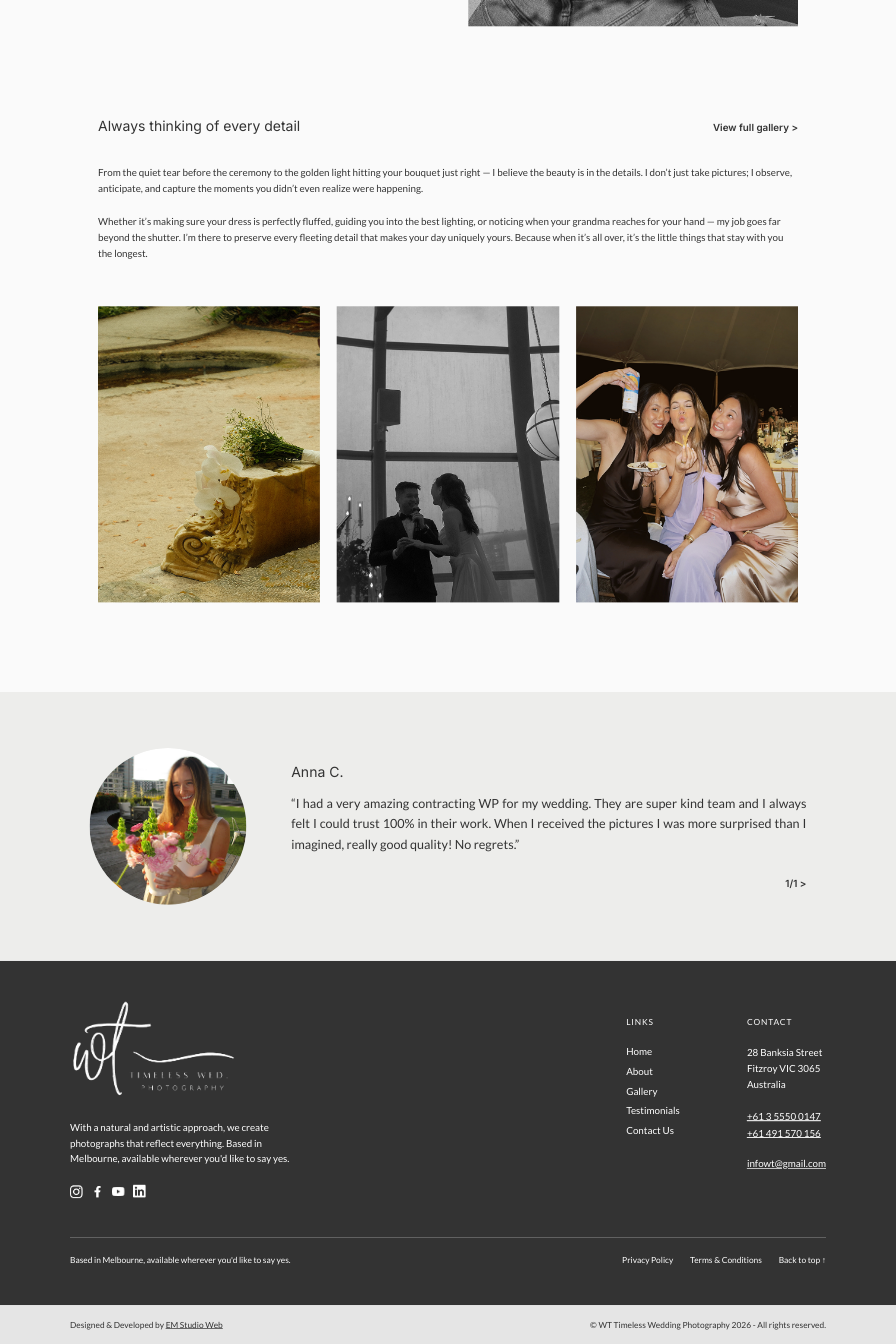
Repository: eduarda-magnago/wt-photography
Page: /
These files come from the project's save history. The page is drawn as it stood at one moment and after the next save; the edit follows.
The browser window is 1280 px wide. The pictures show the part of the page from y = 1922 to 3842 px (the page is 3842 px tall), at 70% of full size.
Some web fonts or font styles are not loaded; a fallback is used. The project was rebuilt for these pictures with package versions that can differ from the ones it lists, and the page was loaded fresh each time. The framework's server and built-in components were replaced by stand-ins that run in the browser. Also part of the build but not shown: next.config.ts.

Above is the page before, as saved 2026-10-15 13:07:53.

### app/layout.tsx
import type { Metadata } from "next";
import { Inter, Lato, Cormorant_SC } from "next/font/google";
import Header from "@/components/layout/header";
import Footer from "@/components/layout/footer";
import "./globals.css";

const inter = Inter({
  subsets: ["latin"],
  variable: "--font-inter",
});

const lato = Lato({
  subsets: ["latin"],
  weight: ["300", "400", "700"],
  variable: "--font-lato",
});

const cormorant = Cormorant_SC({
  subsets: ["latin"],
  weight: ["300", "400", "500"],
  variable: "--font-cormorant",
});

export const metadata: Metadata = {
  title: "WT Timeless Photography",
  description: "Timeless wedding photography",
};

export default function RootLayout({
  children,
}: {
  children: React.ReactNode;
}) {
  return (
    <html
      lang="en"
      className={`${inter.variable} ${lato.variable} ${cormorant.variable}`}
    >
      <body className="font-sans antialiased">
        <Header />
        <main>{children}</main>
        <Footer />
      </body>
    </html>
  );
}

### app/page.tsx
import Hero from "@/components/hero";
import Intro from "@/components/home/intro";
import About from "@/components/home/about";
import Details from "@/components/home/details";
import Testimonials from "@/components/home/testimonials";
import Reveal from "@/components/reveal";

export default function Home() {
  return (
    <>
      <Hero
        eyebrow="Timeless Wedding Photography"
        title="Capturing the essence of your treasured moments"
        image="/img/hero-bg.jpg"
      />
      <Reveal>
        <Intro />
      </Reveal>
      <Reveal>
        <About />
      </Reveal>
      <Reveal>
        <Details />
      </Reveal>
      <Reveal>
      <Testimonials />
      </Reveal>
    </>
  );
}

### components/layout/header.tsx
"use client";

import { useState } from "react";
import Image from "next/image";
import Link from "next/link";

const navLinks = [
  { label: "Home", href: "/" },
  { label: "About me", href: "/#about" },
  { label: "Gallery", href: "/#gallery" },
  { label: "Testimonials", href: "/#testimonials" },
  { label: "Contact Us", href: "/contact#contact-form" },
];

export default function Header() {
  const [open, setOpen] = useState(false);

  return (
    <header className="absolute inset-x-0 top-0 z-30">
      <div className="flex items-start justify-between px-6 py-8 md:px-14">
        <ul className="flex items-center gap-3">
          <li>
            <a
              href="#"
              aria-label="Instagram"
              className="relative block h-[19px] w-[18px] transition-opacity hover:opacity-70"
            >
              <Image
                src="/img/instagram.png"
                alt=""
                fill
                sizes="18px"
                className="object-contain"
              />
            </a>
          </li>
          <li>
            <a
              href="#"
              aria-label="Facebook"
              className="relative block h-[18px] w-[18px] transition-opacity hover:opacity-70"
            >
              <Image
                src="/img/facebook.png"
                alt=""
                fill
                sizes="18px"
                className="object-contain"
              />
            </a>
          </li>
          <li>
            <a
              href="#"
              aria-label="YouTube"
              className="relative block h-[18px] w-[18px] transition-opacity hover:opacity-70"
            >
              <Image
                src="/img/youtube.png"
                alt=""
                fill
                sizes="18px"
                className="object-contain"
              />
            </a>
          </li>
          <li>
            <a
              href="#"
              aria-label="LinkedIn"
              className="relative block h-[18px] w-[18px] transition-opacity hover:opacity-70"
            >
              <Image
                src="/img/linkedin.png"
                alt=""
                fill
                sizes="18px"
                className="object-contain"
              />
            </a>
          </li>
        </ul>

        <button
          type="button"
          onClick={() => setOpen(true)}
          aria-label="Open menu"
          className="relative block h-6 w-9 transition-opacity hover:opacity-70"
        >
          <Image
            src="/img/menu.png"
            alt=""
            fill
            sizes="36px"
            className="object-contain"
          />
        </button>
      </div>

      {open && (
        <div className="fixed inset-0 z-40 flex items-center justify-center bg-ink/95">
          <button
            type="button"
            onClick={() => setOpen(false)}
            aria-label="Close menu"
            className="absolute right-6 top-8 text-3xl text-white md:right-14"
          >
            ✕
          </button>
          <nav>
            <ul className="flex flex-col items-center gap-8">
              {navLinks.map((link) => (
                <li key={link.label}>
                  <Link
                    href={link.href}
                    onClick={() => setOpen(false)}
                    className="font-heading text-2xl text-white"
                  >
                    {link.label}
                  </Link>
                </li>
              ))}
            </ul>
          </nav>
        </div>
      )}
    </header>
  );
}

### components/layout/footer.tsx
import Image from "next/image";
import Link from "next/link";

const exploreLinks = [
  { label: "Home", href: "/" },
  { label: "About", href: "/#about" },
  { label: "Gallery", href: "/#gallery" },
  { label: "Testimonials", href: "/#testimonials" },
  { label: "Contact Us", href: "/contact#contact-form" },
];

const headingClass = "mb-6 text-xs uppercase tracking-widest";

export default function Footer() {
  return (
    <footer>
      <div className="bg-ink px-6 py-12 text-sm text-white md:px-25 md:py-14">
        <div className="mx-auto max-w-[1600px]">
          <div className="grid gap-12 md:grid-cols-[1fr_auto_auto] md:gap-24">
            <div>
              <Image
                src="/img/logo.png"
                alt="WT Timeless Photography"
                width={240}
                height={110}
              />
              <p className="mt-6 max-w-xs leading-relaxed md:mt-8">
                With a natural and artistic approach, we create photographs
                that reflect everything. Based in Melbourne, available wherever you'd like to say yes.
              </p>
              <ul className="mt-6 flex items-center gap-3">
                <li>
                  <a
                    href="#"
                    aria-label="Instagram"
                    className="transition-opacity hover:opacity-70"
                  >
                    <Image src="/img/instagram.png" alt="" width={18} height={18} />
                  </a>
                </li>
                <li>
                  <a
                    href="#"
                    aria-label="Facebook"
                    className="relative block h-[18px] w-[18px] transition-opacity hover:opacity-70"
                  >
                    <Image
                      src="/img/facebook.png"
                      alt=""
                      fill
                      sizes="18px"
                      className="object-contain"
                    />
                  </a>
                </li>
                <li>
                  <a
                    href="#"
                    aria-label="YouTube"
                    className="transition-opacity hover:opacity-70"
                  >
                    <Image src="/img/youtube.png" alt="" width={18} height={18} />
                  </a>
                </li>
                <li>
                  <a
                    href="#"
                    aria-label="LinkedIn"
                    className="transition-opacity hover:opacity-70"
                  >
                    <Image src="/img/linkedin.png" alt="" width={18} height={18} />
                  </a>
                </li>
              </ul>
            </div>

            <div className="md:pt-6">
              <h3 className={headingClass}>Links</h3>
              <ul className="space-y-2">
                {exploreLinks.map((link) => (
                  <li key={link.label}>
                    <Link href={link.href}>{link.label}</Link>
                  </li>
                ))}
              </ul>
            </div>

            <div className="md:pt-6">
              <h3 className={headingClass}>Contact</h3>
              <address className="not-italic leading-relaxed">
                28 Banksia Street
                <br />
                Fitzroy VIC 3065
                <br />
                Australia
              </address>
              <div className="mt-6 flex flex-col gap-1 underline">
                <a href="tel:+61355500147">+61 3 5550 0147</a>
                <a href="tel:+61491570156">+61 491 570 156</a>
              </div>
              <a
                href="mailto:infowt@gmail.com"
                className="mt-6 block underline"
              >
                infowt@gmail.com
              </a>
            </div>
          </div>

          <div className="mt-14 flex flex-col gap-3 border-t border-white/30 pt-6 text-xs md:flex-row md:items-center md:justify-between">
            <p>
              Based in Melbourne, available wherever you&apos;d like to say yes.
            </p>
            <div className="flex flex-wrap items-center gap-6">
              <a href="#" className="transition-opacity hover:opacity-70">
                Privacy Policy
              </a>
              <a href="#" className="transition-opacity hover:opacity-70">
                Terms &amp; Conditions
              </a>
              <a href="#" className="transition-opacity hover:opacity-70">
                Back to top &uarr;
              </a>
            </div>
          </div>
        </div>
      </div>

      <div className="bg-neutral-200 px-6 py-5 text-xs text-ink md:px-25">
        <div className="mx-auto flex max-w-[1600px] flex-col gap-2 md:flex-row md:justify-between">
          <p>
            Designed &amp; Developed by{" "}
            <a
              href="https://www.instagram.com/webstudio.em"
              target="_blank"
              rel="noopener noreferrer"
              className="underline"
            >
              EM Studio Web
            </a>
          </p>
          <p>© WT Timeless Wedding Photography 2026 - All rights reserved.</p>
        </div>
      </div>
    </footer>
  );
}

### app/globals.css
@import "tailwindcss";

@theme inline {
  --font-sans: var(--font-lato);
  --font-heading: var(--font-inter);
  --font-hero: var(--font-cormorant);

  --color-ink: #333333;
  --color-sand: #ededeb;
  --color-paper: #fafafa;
  --color-blush: #f4e6dc;
}

html {
  scroll-behavior: smooth;
}

body {
  background: var(--color-paper);
  color: var(--color-ink);
}

### components/hero.tsx
import Image from "next/image";
import Link from "next/link";

type HeroProps = {
  eyebrow: string;
  title: string;
  image: string;
  ctaLabel?: string;
  ctaHref?: string;
};

export default function Hero({
  eyebrow,
  title,
  image,
  ctaLabel = "Explore our gallery",
  ctaHref = "/#gallery",
}: HeroProps) {
  return (
    <section className="relative flex h-[70vh] min-h-[715px] items-center justify-center overflow-hidden">
      <Image
        src="/img/hero.png"
        alt=""
        fill
        priority
        sizes="100vw"
        className="object-cover"
      />
      <div className="absolute inset-0 bg-black/5" />
      <div className="relative z-10 flex max-w-3xl flex-col items-center px-6 text-center text-white">
        <p className="mb-4 text-sm">{eyebrow}</p>
        <h1 className="font-hero text-5xl capitalize leading-[0.75] md:text-7xl">
          {title}
        </h1>
        <Link
          href={ctaHref}
          className="mt-8 border-b border-white pb-1 text-xs uppercase tracking-wider"
        >
          {ctaLabel}
        </Link>
      </div>
    </section>
  );
}

### components/home/intro.tsx
export default function Intro() {
  return (
    <section className="bg-sand px-6 py-22 md:py-25">
      <p className="mx-auto max-w-3xl text-justify text-xl leading-relaxed md:text-2xl">
        Your love story is one of a kind, filled with genuine emotions,
        meaningful details, and unforgettable moments. Our passion is to
        preserve those fleeting seconds and transform them into timeless images
        that you will cherish for a lifetime.
      </p>
    </section>
  );
}

### components/home/about.tsx
import Image from "next/image";

export default function About() {
  return (
    <section id="about" className="bg-paper px-6 py-24 md:px-14 md:py-32">
      <div className="mx-auto grid max-w-[1000px] items-center gap-12 md:grid-cols-[435fr_500fr] md:gap-x-12 xl:gap-x-[120px]">
        <div>
          <h2 className="font-heading text-[20px]">Meet the photographer</h2>

          <div className="mt-6 space-y-7 text-justify text-base leading-6">
            <p>
              Hi, I’m Emily Rose. I’m a wedding photographer based in
              California, passionate about telling love stories through my
              lens. What began as a love for capturing small, quiet moments has
              grown into a career built on trust, emotion, and the art of
              honest storytelling.
            </p>
            <p>
              With over 6 years of experience, I specialize in natural,
              documentary-style photography that focuses on genuine connection
              — not stiff poses. I believe the best photos are the ones where
              you forget the camera is even there.
            </p>
            <p>
              Beyond photography, I’m a calm presence on a whirlwind day. From
              fixing veils to finding the best light, I’m there to make your
              experience effortless and enjoyable. My clients often say I felt
              like a friend with a camera — and that’s the greatest compliment
              I could ask for.
            </p>
            <p>
              Let’s create something timeless together — photos you’ll look at
              30 years from now and still feel everything.
            </p>
          </div>
        </div>

        <div className="relative aspect-[619/855] w-full md:aspect-[619/1000]">
          <Image
            src="/img/about.png"
            alt="Wedding photographer picture"
            fill
            sizes="(min-width: 1280px) 500px, (min-width: 768px) 50vw, 100vw"
            className="object-cover"
          />
        </div>
      </div>
    </section>
  );
}

### components/home/details.tsx
import Image from "next/image";
import Link from "next/link";

const photos = [
  { src: "/img/detail1.png", alt: "Bouquet resting on a golden ornament" },
  { src: "/img/detail2.png", alt: "Couple dancing by a large window" },
  { src: "/img/detail3.png", alt: "Bridesmaids laughing together" },
];

export default function Details() {
  return (
    <section id="gallery" className="bg-paper px-6 pb-24 md:px-14 md:pb-32">
      <div className="mx-auto max-w-[1000px]">
        <div className="flex items-baseline justify-between">
          <h2 className="font-heading text-[20px]">
            Always thinking of every detail
          </h2>
          <Link href="/#gallery" className="font-heading text-sm font-semibold">
            View full gallery &gt;
          </Link>
        </div>

        <div className="mt-10 space-y-6 text-sm leading-relaxed">
          <p>
            From the quiet tear before the ceremony to the golden light hitting
            your bouquet just right — I believe the beauty is in the details. I
            don’t just take pictures; I observe, anticipate, and capture the
            moments you didn’t even realize were happening.
          </p>
          <p>
            Whether it’s making sure your dress is perfectly fluffed, guiding
            you into the best lighting, or noticing when your grandma reaches
            for your hand — my job goes far beyond the shutter. I’m there to
            preserve every fleeting detail that makes your day uniquely yours.
            Because when it’s all over, it’s the little things that stay with
            you the longest.
          </p>
        </div>

        <div className="mt-16 grid gap-6 md:grid-cols-3">
          {photos.map((photo) => (
            <div key={photo.src} className="relative aspect-[3/4]">
              <Image
                src={photo.src}
                alt={photo.alt}
                fill
                sizes="(min-width: 768px) 33vw, 100vw"
                className="object-cover"
              />
            </div>
          ))}
        </div>
      </div>
    </section>
  );
}

### components/home/testimonials.tsx
"use client";

import { useState } from "react";
import Image from "next/image";

const testimonials = [
  {
    name: "Anna C.",
    image: "/img/testimonial.png",
    quote:
      "I had a very amazing contracting WP for my wedding. They are super kind team and I always felt I could trust 100% in their work. When I received the pictures I was more surprised than I imagined, really good quality! No regrets.",
  },
];

export default function Testimonials() {
  const [index, setIndex] = useState(0);
  const current = testimonials[index];

  function next() {
    setIndex((prev) => (prev + 1) % testimonials.length);
  }

  return (
    <section id="testimonials" className="bg-sand px-6 py-20 md:px-14">
      <div className="mx-auto grid max-w-5xl items-center gap-10 md:grid-cols-[auto_1fr] md:gap-16">
        <div className="relative h-48 w-48 overflow-hidden rounded-full md:h-56 md:w-56">
          <Image
            src={current.image}
            alt={current.name}
            fill
            sizes="224px"
            className="object-cover"
          />
        </div>

        <div>
          <h3 className="font-heading text-xl">{current.name}</h3>
          <blockquote className="mt-4 text-justify text-lg leading-relaxed">
            “{current.quote}”
          </blockquote>
          <button
            type="button"
            onClick={next}
            className="font-heading mt-8 ml-auto block text-sm font-semibold"
          >
            {index + 1}/{testimonials.length} &gt;
          </button>
        </div>
      </div>
    </section>
  );
}

### components/reveal.tsx
"use client";

import { useEffect, useRef, useState, type ReactNode } from "react";

type RevealProps = {
  children: ReactNode;
  className?: string;
  delay?: number;
};

export default function Reveal({
  children,
  className = "",
  delay = 0,
}: RevealProps) {
  const ref = useRef<HTMLDivElement>(null);
  const [visible, setVisible] = useState(false);

  useEffect(() => {
    const el = ref.current;
    if (!el) return;

    const observer = new IntersectionObserver(
      ([entry]) => {
        setVisible(entry.isIntersecting);
      },
      { threshold: 0.15, rootMargin: "0px 0px -5% 0px" }
    );

    observer.observe(el);
    return () => observer.disconnect();
  }, []);

  return (
    <div
      ref={ref}
      style={{ transitionDelay: `${delay}ms` }}
      className={`transition-all duration-700 ease-out motion-reduce:transition-none ${
        visible ? "translate-y-0 opacity-100" : "translate-y-8 opacity-0"
      } ${className}`}
    >
      {children}
    </div>
  );
}

After the next save:
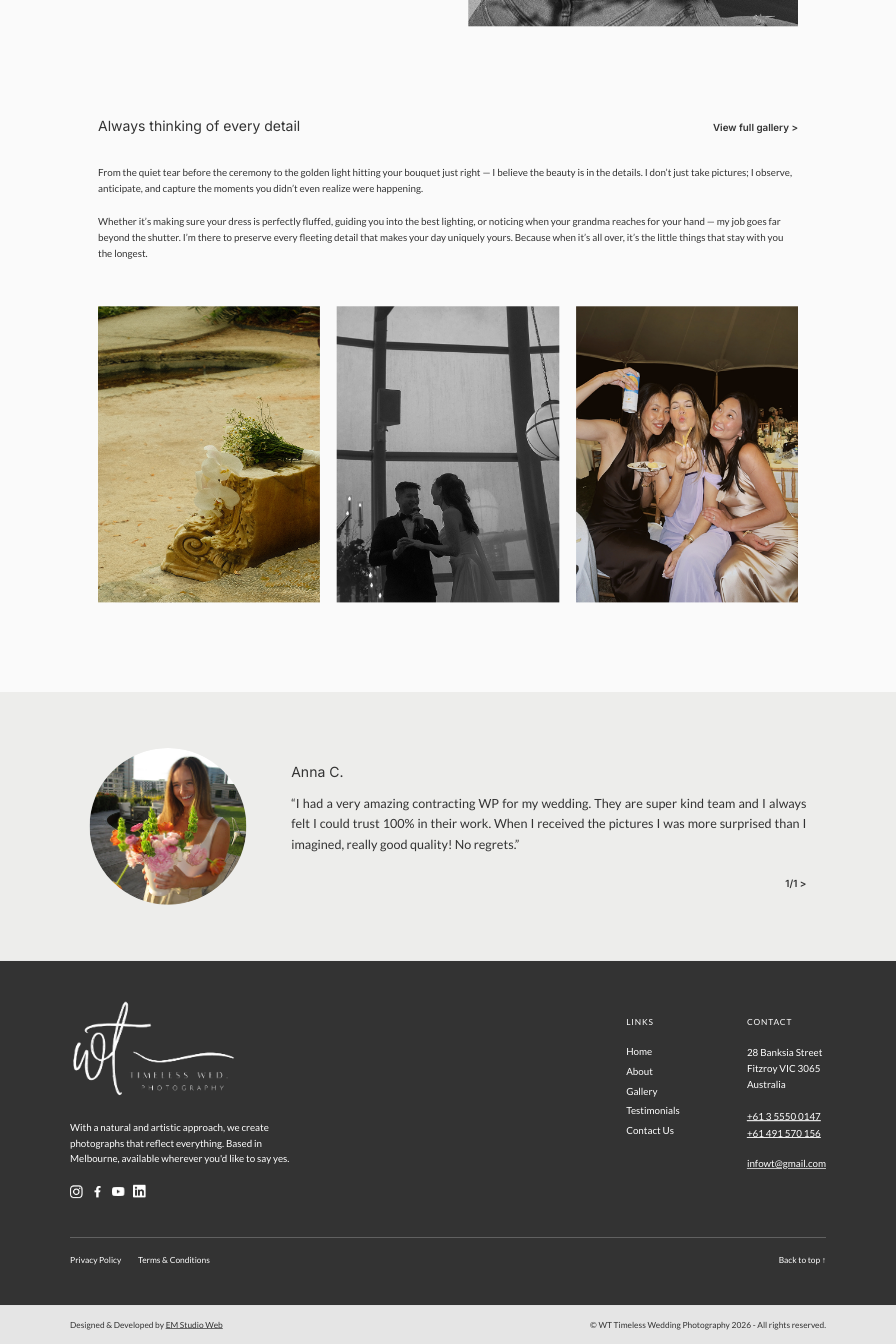
Saved 69 s later.
--- a/components/layout/footer.tsx
+++ b/components/layout/footer.tsx
@@ -26,7 +26,7 @@ export default function Footer() {
               />
               <p className="mt-6 max-w-xs leading-relaxed md:mt-8">
                 With a natural and artistic approach, we create photographs
-                that reflect everything. Based in Melbourne, available wherever you'd like to say yes.
+                that reflect everything. Based in Melbourne, available wherever you&apos;d like to say yes.
               </p>
               <ul className="mt-6 flex items-center gap-3">
                 <li>
@@ -108,9 +108,6 @@ export default function Footer() {
           </div>
 
           <div className="mt-14 flex flex-col gap-3 border-t border-white/30 pt-6 text-xs md:flex-row md:items-center md:justify-between">
-            <p>
-              Based in Melbourne, available wherever you&apos;d like to say yes.
-            </p>
             <div className="flex flex-wrap items-center gap-6">
               <a href="#" className="transition-opacity hover:opacity-70">
                 Privacy Policy
@@ -118,10 +115,10 @@ export default function Footer() {
               <a href="#" className="transition-opacity hover:opacity-70">
                 Terms &amp; Conditions
               </a>
-              <a href="#" className="transition-opacity hover:opacity-70">
-                Back to top &uarr;
-              </a>
             </div>
+            <a href="#" className="transition-opacity hover:opacity-70">
+              Back to top &uarr;
+            </a>
           </div>
         </div>
       </div>
